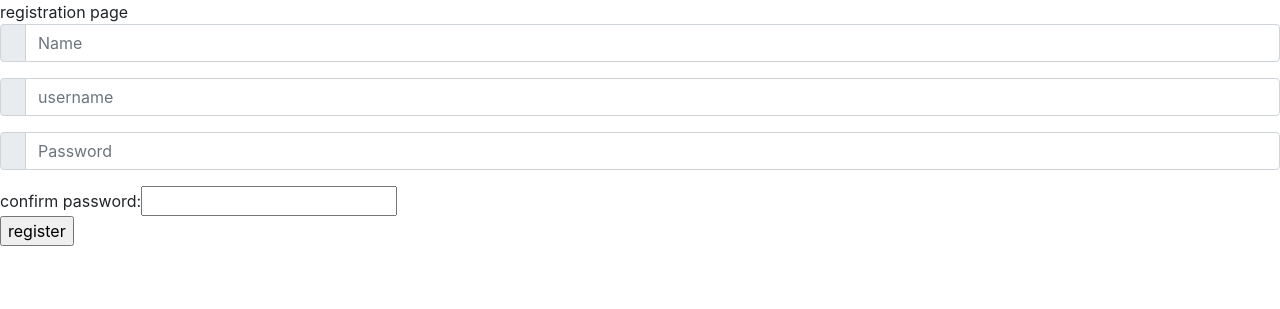
Repository: vishnushelke/LoginPage
Page: http://localhost/MyLoginPage/register.jsp
The author's editor kept a copy of each file at every save. The page is drawn from the files as they stood at one save, then again after the next save.
The browser window is 1280 px wide. The pictures show the whole page.
The page is served by Tomcat 9.

Above is the page before, as saved 2019-10-10 06:05:29.

After the next save:
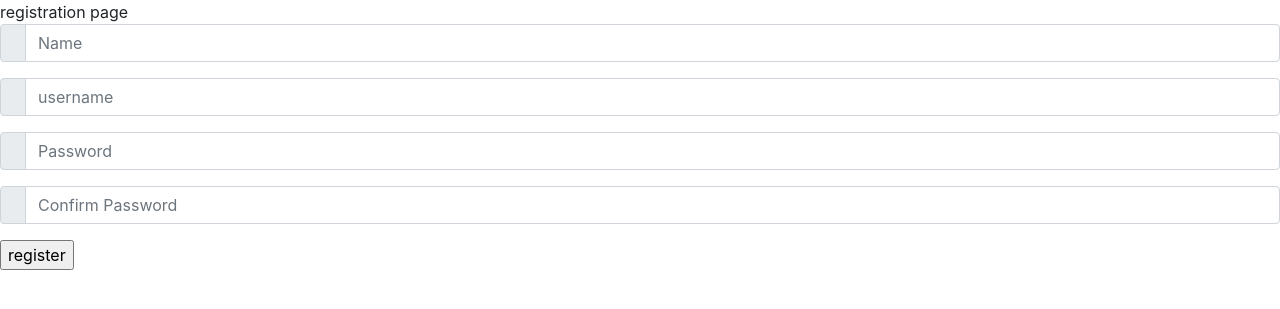
Saved 105 s later.
--- a/MyLoginPage/WebContent/register.jsp
+++ b/MyLoginPage/WebContent/register.jsp
@@ -36,7 +36,14 @@
     <span class="input-group-text" id="basic-addon1"></span>
   </div>
   <input type="password" class="form-control" placeholder="Password" name="password" aria-label="Password" aria-describedby="basic-addon1">
-</div>confirm password:<input type="password" name="confirm_password"><br>
+</div>
+
+<div class="input-group mb-3">
+  <div class="input-group-prepend">
+    <span class="input-group-text" id="basic-addon1"></span>
+  </div>
+  <input type="password" class="form-control" placeholder="Confirm Password" name="password" aria-label="Password" aria-describedby="basic-addon1">
+</div>
 <input type="submit" value="register">
 </form>
 
